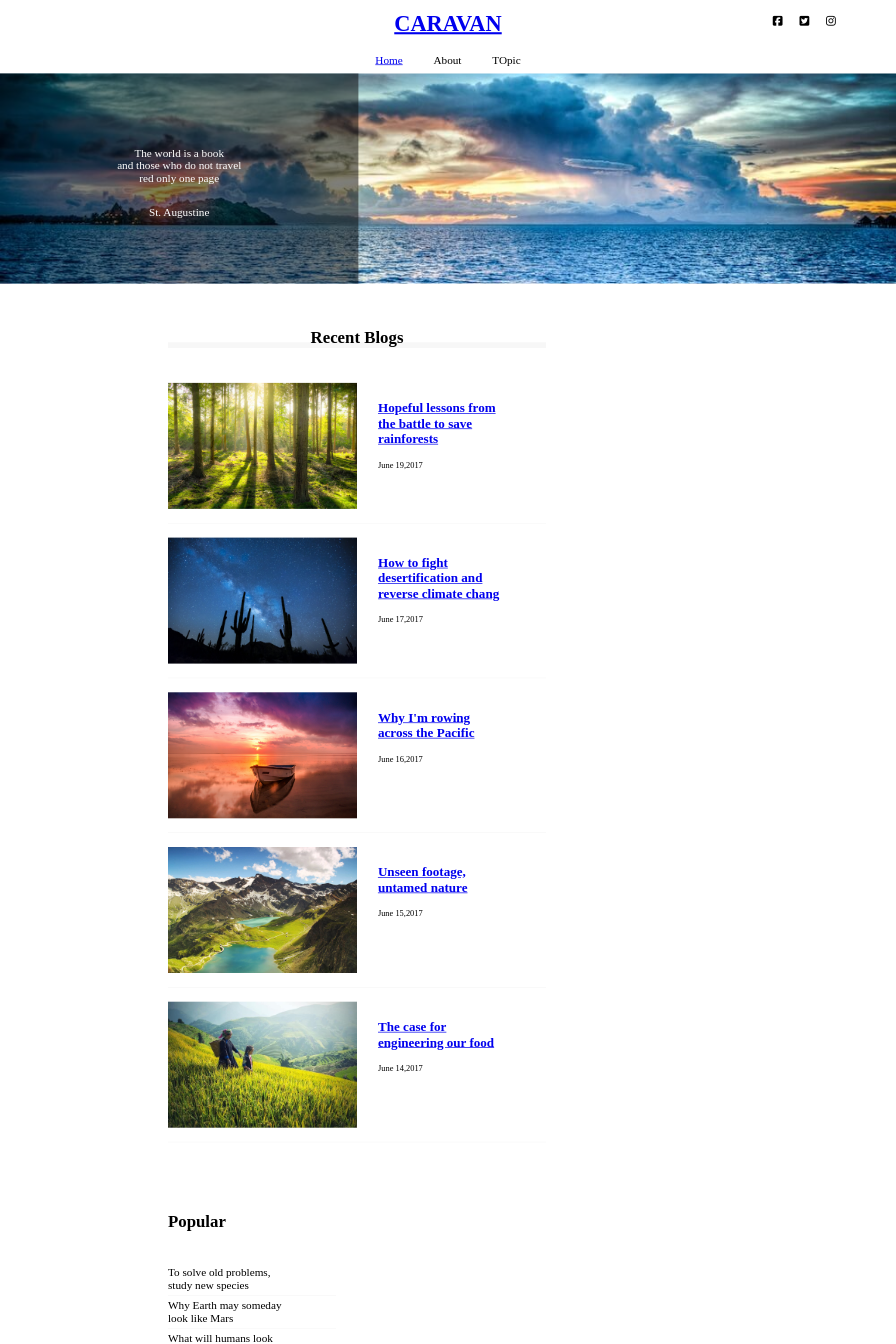
Repository: wakasugisatoi/git
Page: caravan/index2.html
The author's editor kept a record of every edit. The page is drawn from the files as they stood at one moment, then again after the next edit.
The browser window is 1280 px wide. The pictures show the part of the page from y = 0 to 1920 px (the page is 3070 px tall before and 3074 px after), at 70% of full size.
Some web libraries are served in a nearby version.

Above is the page before.

After the next edit:
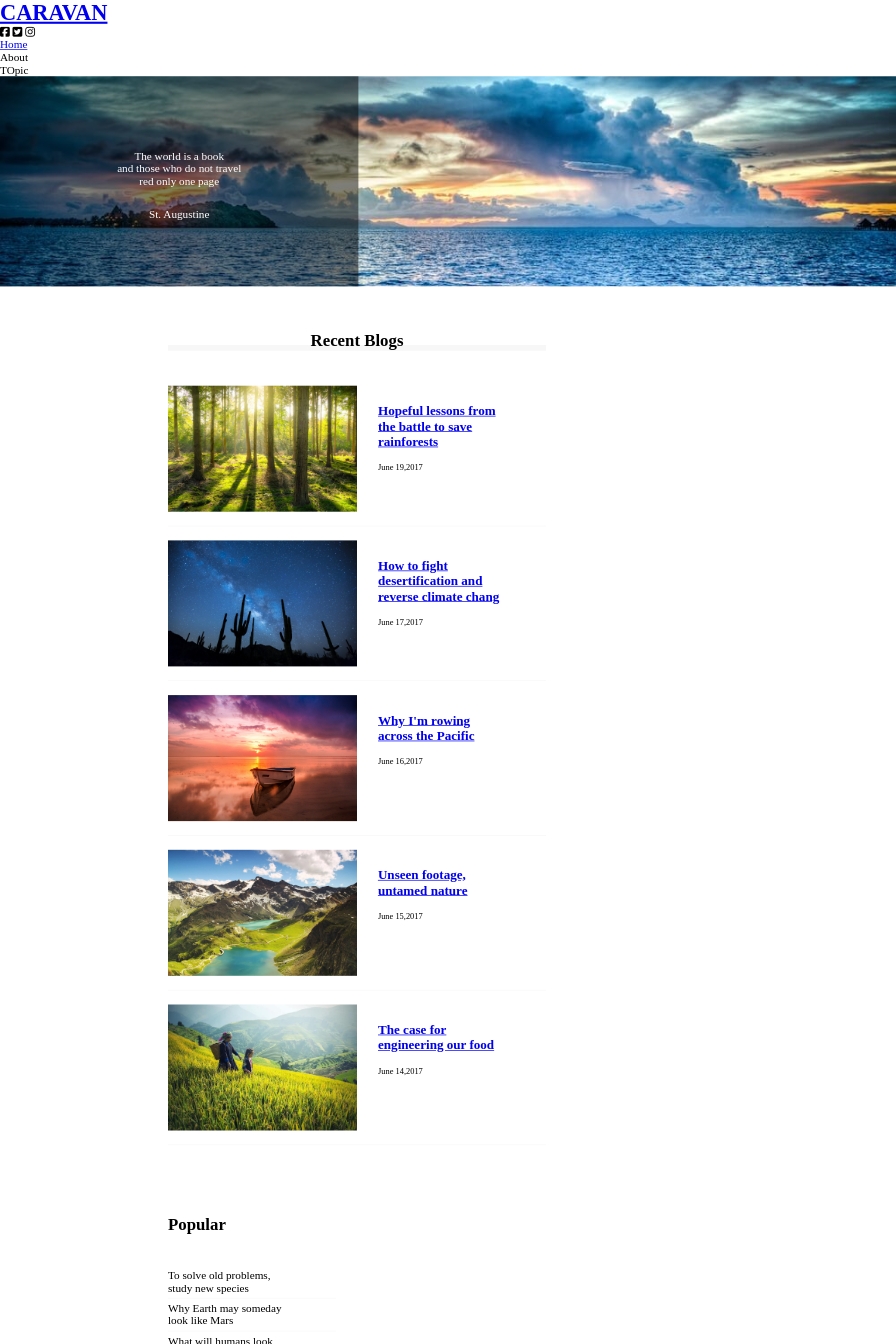
The edit:
--- a/caravan/style2.css
+++ b/caravan/style2.css
@@ -12,40 +12,40 @@
   /*font-family: Chalkduster,"Bradley Hand",Courier,"Segoe Print",sans-serif;*/
 /*}*/
 
-header{
-  width: 90%;
-  padding: 15px 0;
-  margin: 0 auto;
-  text-align: center;
-  position: relative;
+/*header{*/
+/*  width: 90%;*/
+/*  padding: 15px 0;*/
+/*  margin: 0 auto;*/
+/*  text-align: center;*/
+/*  position: relative;*/
   /*background-color: red;*/
-}
-
-.social i{
-  margin-left:20px;
-  display: inline-block;
-}
-
-.social{
-  position: absolute;
-  top: 22px;
-  right: 22px;
-}
-header .heading{
-  font-size:32px;
-}
-
-.nav-list{
-  text-align: center;
-  padding:10px 0;
-  margin:0 auto;
-}
-
-.nav-list-item{
-  list-style:none;
-  display: inline-block;
-  margin: 0 20px;
-}
+/*}*/
+
+/*.social i{*/
+/*  margin-left:20px;*/
+/*  display: inline-block;*/
+/*}*/
+
+/*.social{*/
+/*  position: absolute;*/
+/*  top: 22px;*/
+/*  right: 22px;*/
+/*}*/
+/*header .heading{*/
+/*  font-size:32px;*/
+/*}*/
+
+/*.nav-list{*/
+/*  text-align: center;*/
+/*  padding:10px 0;*/
+/*  margin:0 auto;*/
+/*}*/
+
+/*.nav-list-item{*/
+/*  list-style:none;*/
+/*  display: inline-block;*/
+/*  margin: 0 20px;*/
+/*}*/
 
 /*.header-top{*/
   /*width: 100%;*/
